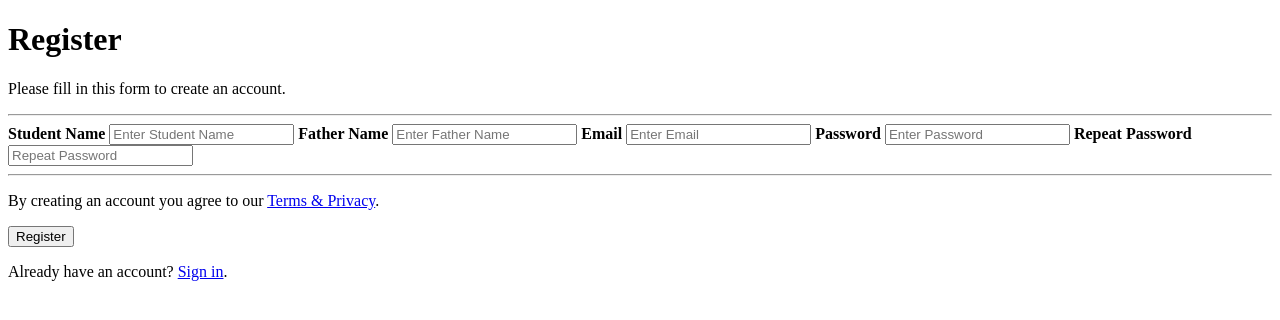
Repository: laxmichauhan/Student-Data-Insertion
Page: Application1/WebContent/register.html
An editor plug-in stored every save of this project. The page is shown before and after the next save, followed by the edit.
The browser window is 1280 px wide. The pictures show the whole page.

Above is the page before, as saved 2019-02-19 07:09:53.

After the next save:
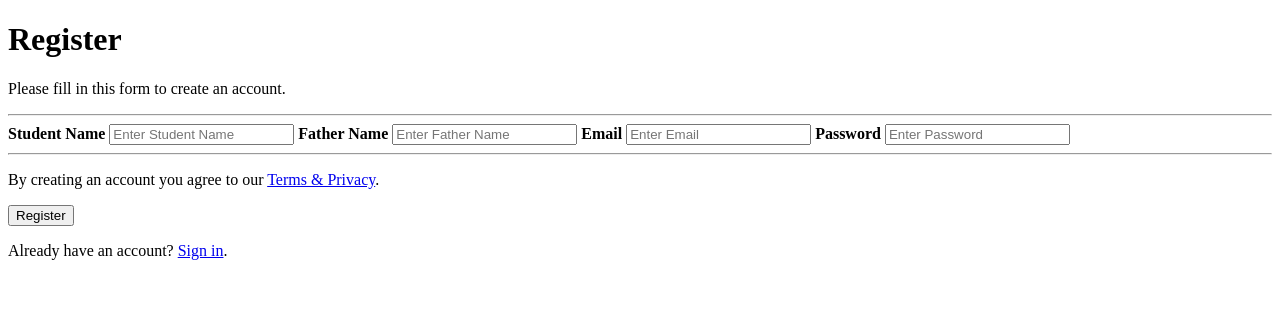
Saved 43 s later.
--- a/Application1/WebContent/register.html
+++ b/Application1/WebContent/register.html
@@ -22,8 +22,6 @@
     <label for="psw"><b>Password</b></label>
     <input type="password" placeholder="Enter Password" name="psw" required>
 
-    <label for="psw-repeat"><b>Repeat Password</b></label>
-    <input type="password" placeholder="Repeat Password" name="psw-repeat" required>
     <hr>
 
     <p>By creating an account you agree to our <a href="#">Terms & Privacy</a>.</p>
